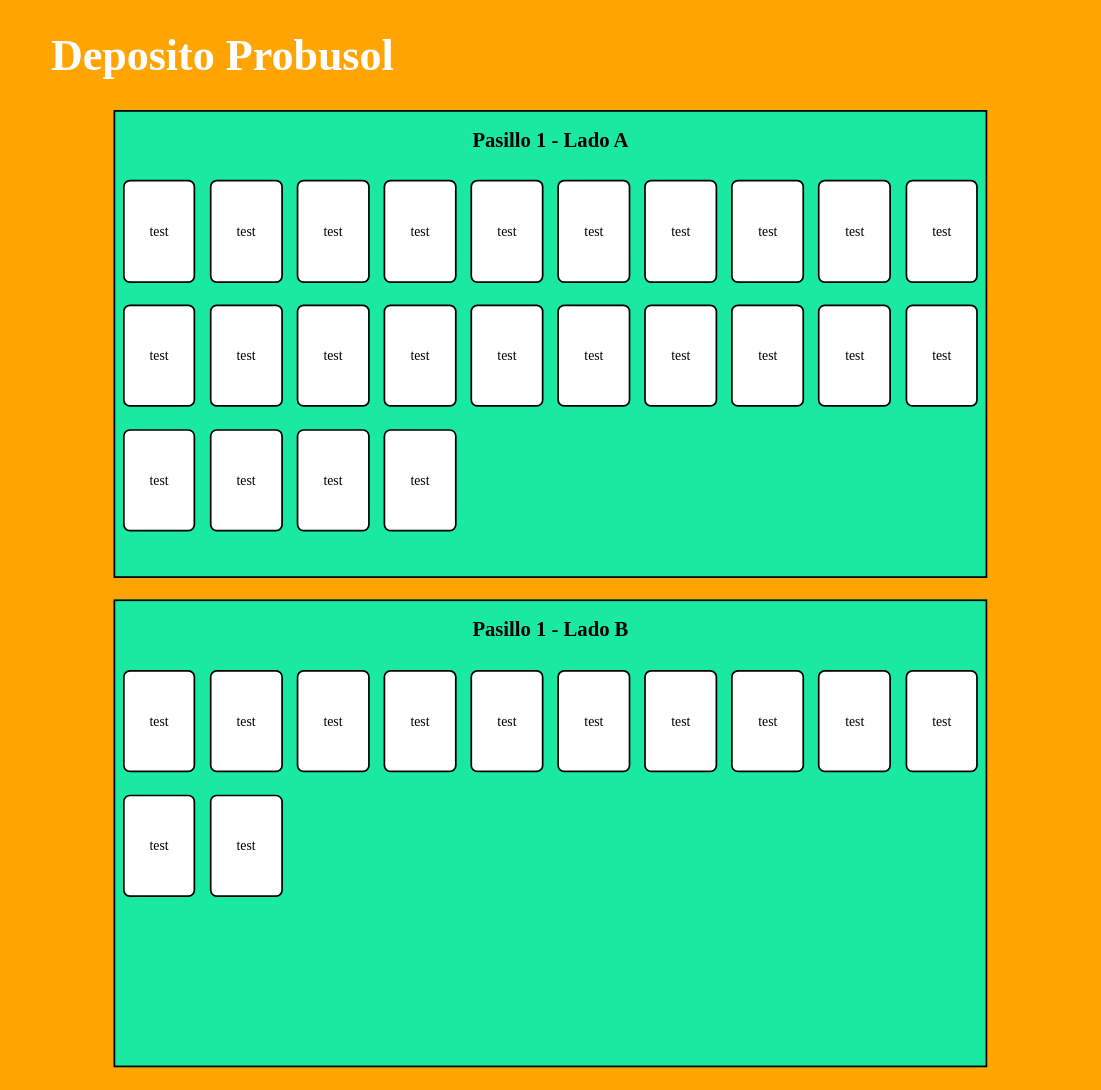
Repository: Franzcod/DepoStock_Web
Page: index.html
These files come from the project's save history. The page is drawn as it stood at one moment and after the next save; the edit follows.
The browser window is 1280 px wide. The pictures show the whole page, at 86% of full size.

Above is the page before, as saved 2020-06-07 14:50:13.
Console error: ReferenceError: ur is not defined

After the next save:
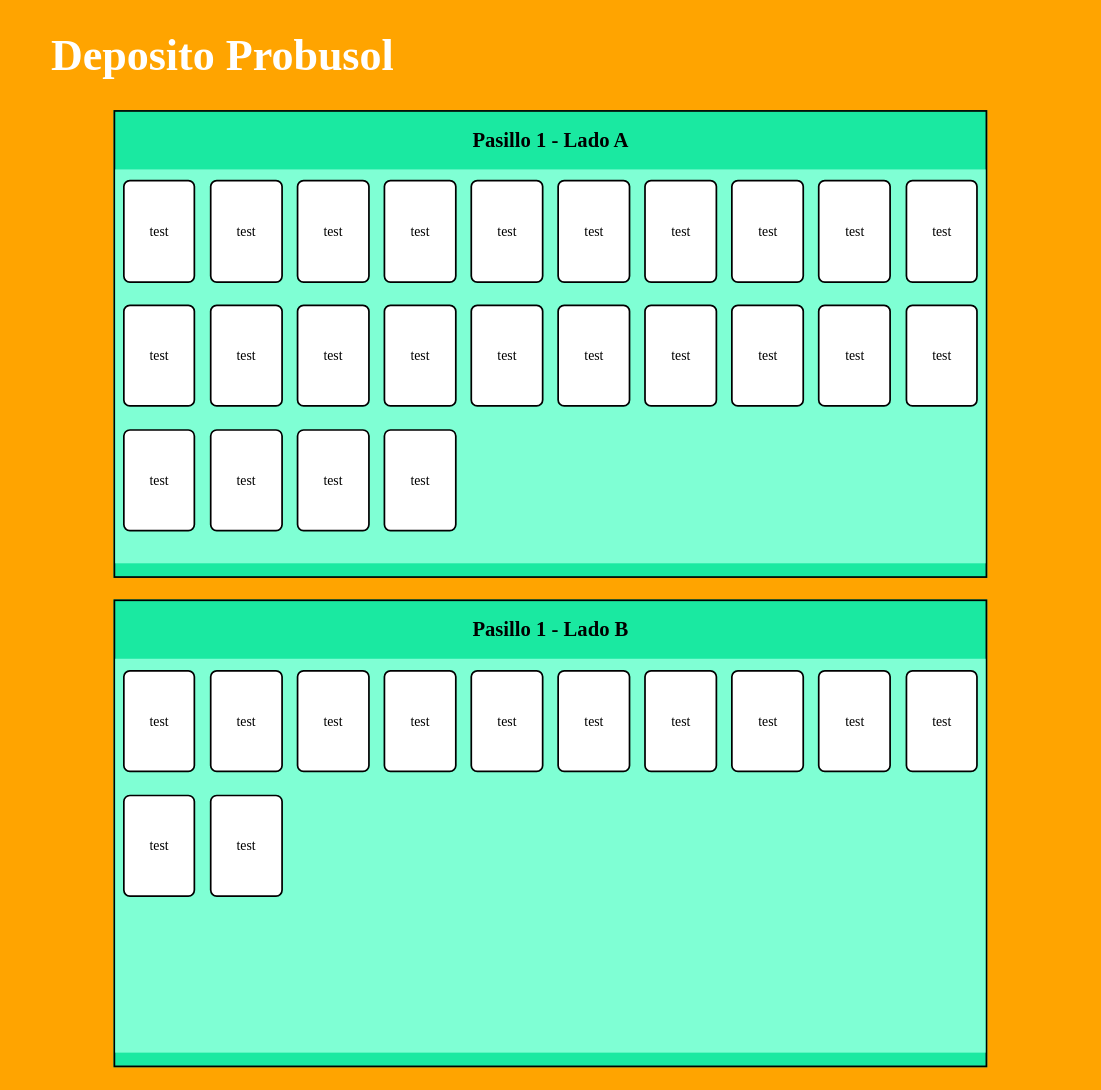
Saved 16 s later.
--- a/estilo/estilo.css
+++ b/estilo/estilo.css
@@ -37,6 +37,7 @@ html{
     /* scroll-snap-type: x proximity; */
     padding-bottom: calc(.75 * var(--gutter));
     margin-bottom: calc(-.25 * var(--gutter));
+    background-color: aquamarine;
 }
 
 /* Demo styles */
